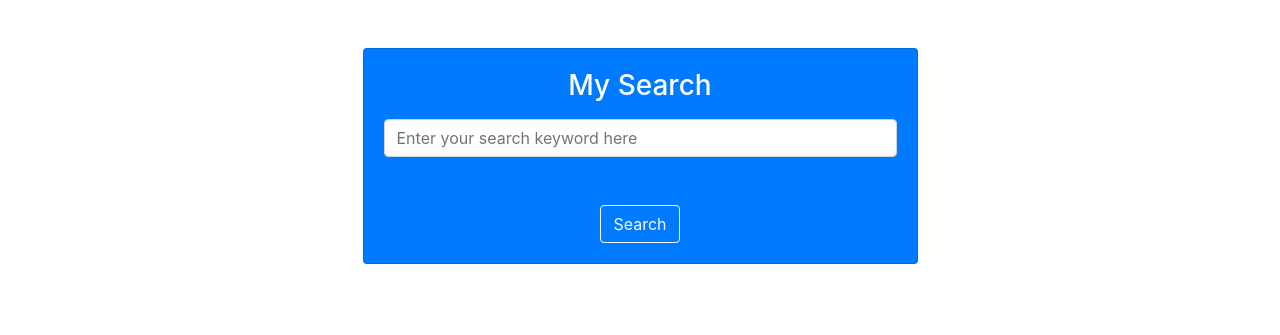
Repository: modinilesh/SpringMVC
Page: http://localhost/springmvcsearch/home
An editor plug-in stored every save of this project. The page is shown before and after the next save, followed by the edit.
The browser window is 1280 px wide. The pictures show the whole page.
Some web libraries are served in a nearby version. The page is served by Tomcat 9.

Above is the page before, as saved 2023-10-20 07:28:35.

After the next save:
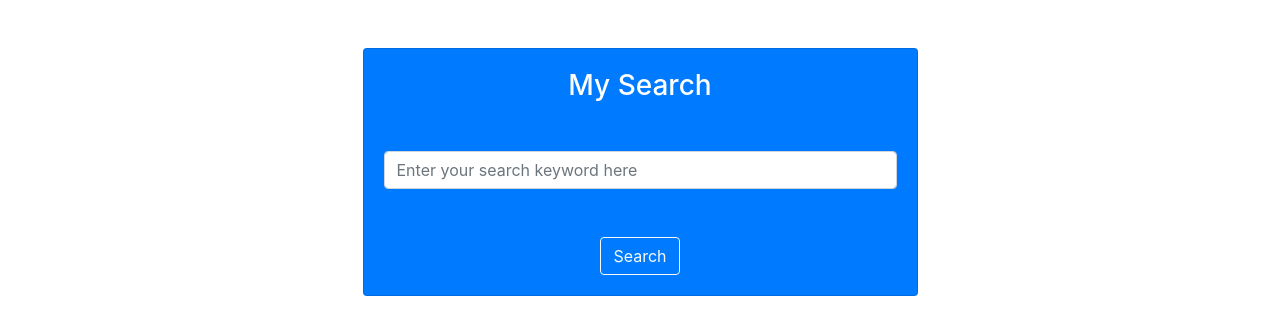
Saved 25 s later.
--- a/springmvcsearch/src/main/webapp/WEB-INF/views/home.jsp
+++ b/springmvcsearch/src/main/webapp/WEB-INF/views/home.jsp
@@ -26,7 +26,7 @@
 
 				<form action="" class="mt-3">
 
-					<div class="form-group">
+					<div class="form-group mt-5">
 						<input type="text" name="querybox"
 							placeholder="Enter your search keyword here" class="form-control" />
 					</div>
